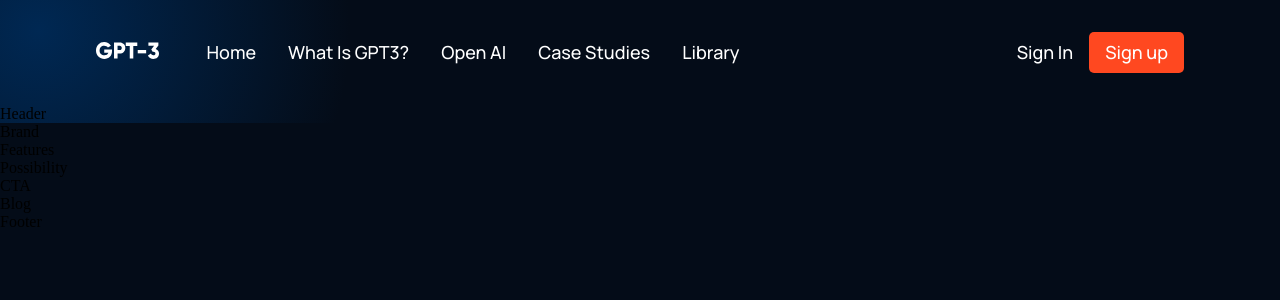
Repository: GeorgiosDev/OpenAI-Clone
Page: /
These files come from the project's save history. The page is drawn as it stood at one moment and after the next save; the edit follows.
The browser window is 1280 px wide. The pictures show the whole page.
The project was rebuilt for these pictures with package versions that can differ from the ones it lists, and the page was loaded fresh each time. Also part of the build but not shown: src/components/article/article.css, src/components/article/Article.jsx, src/components/cta/cta.css, src/components/feature/Feature.jsx, src/containers/blog/blog.css, src/containers/features/features.css, src/containers/footer/footer.css, src/containers/header/header.css and 2 more.

Above is the page before, as saved 2025-01-31 15:10:08.

After the next save:
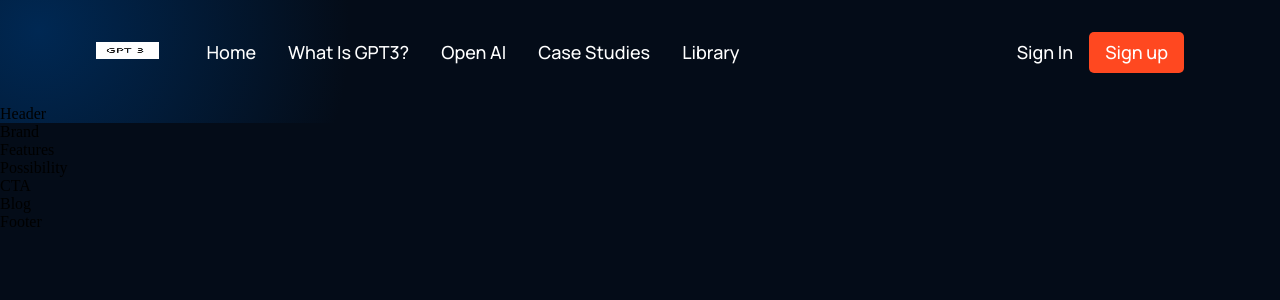
Saved 17 s later.
--- a/src/components/navbar/Navbar.jsx
+++ b/src/components/navbar/Navbar.jsx
@@ -1,6 +1,6 @@
 import React, { useState } from "react";
 import { RiMenu3Line, RiCloseLine } from "react-icons/ri";
-import logo from "../../assets/logo.svg";
+import logo from "../../assets/logo.png";
 import "./navbar.css";
 
 const Navbar = () => {
